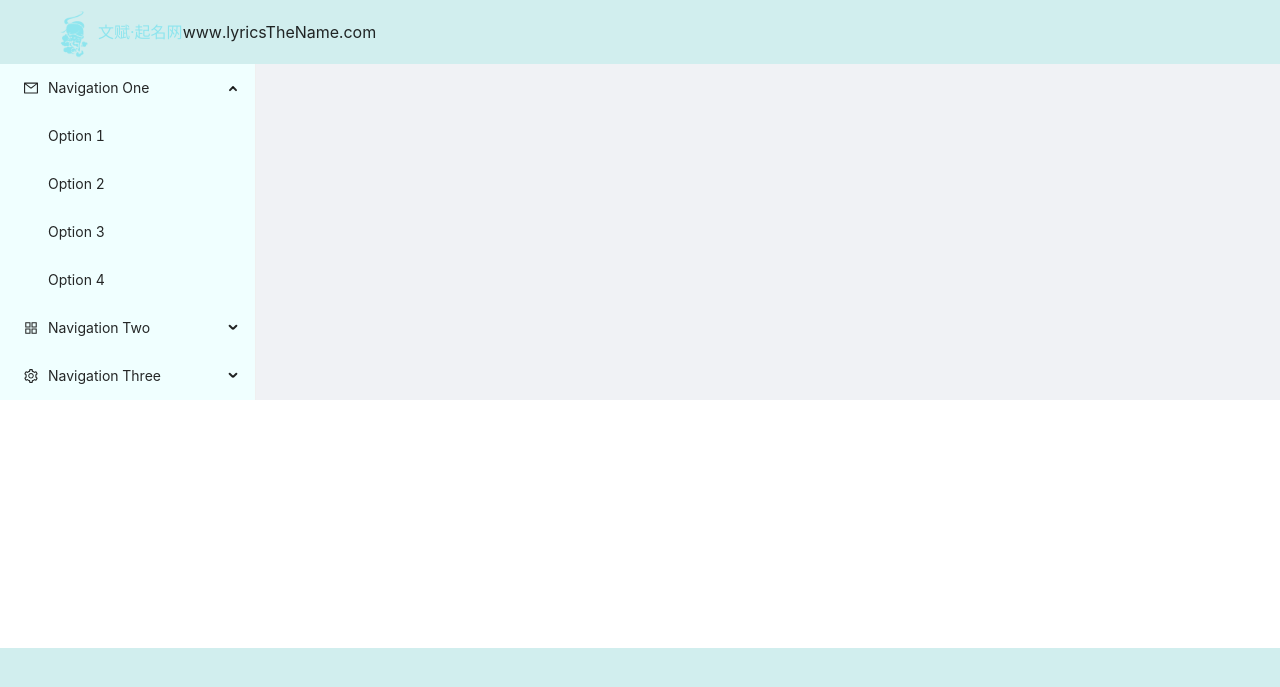
Repository: fangxueliang/react-redux-
Page: /
An editor plug-in stored every save of this project. The page is shown before and after the next save, followed by the edit.
The browser window is 1280 px wide. The pictures show the whole page.
The project was rebuilt for these pictures with package versions that can differ from the ones it lists, and the page was loaded fresh each time.

Above is the page before, as saved 2020-12-30 10:02:57.

After the next save:
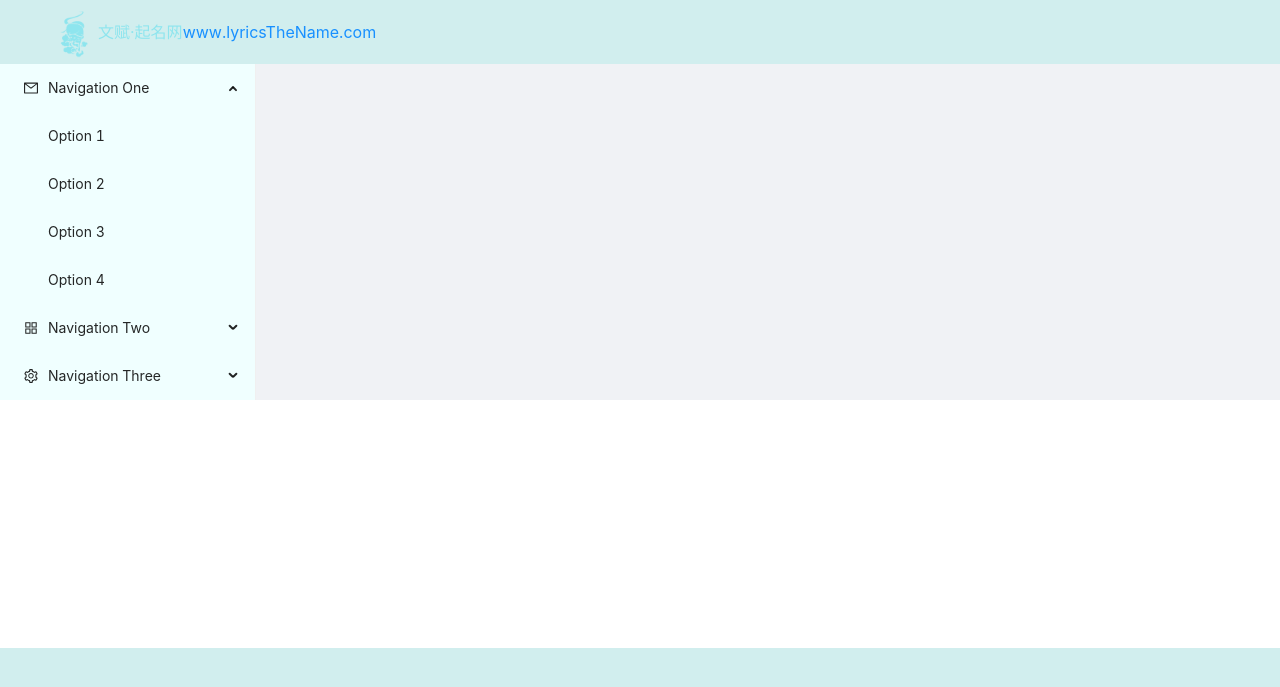
Saved 18 s later.
--- a/src/Pages/Header/header.js
+++ b/src/Pages/Header/header.js
@@ -9,7 +9,7 @@ export const HeaderCommon = () => {
             <div className="header_item">
                 <img src={logo} className="logo" alt="蓝龙" />
                 <span className="logo_title">文赋·起名网</span>
-                <span>www.lyricsTheName.com</span>
+                <a>www.lyricsTheName.com</a>
             </div>
             <div className="header_item"></div>
             <div className="header_item"></div>
